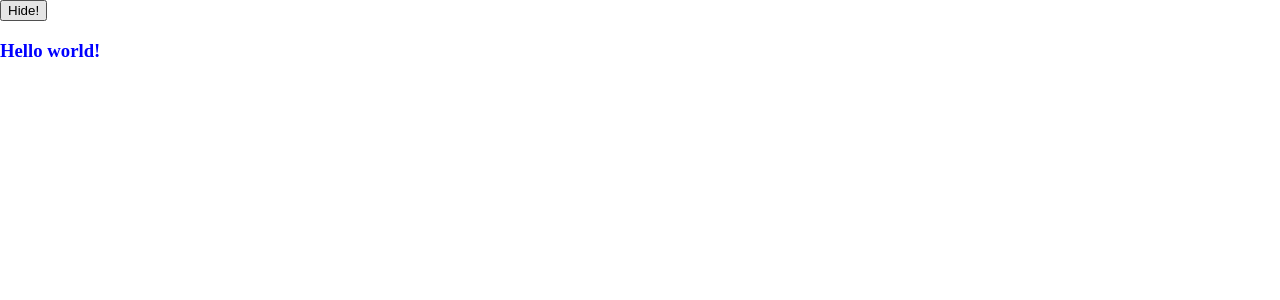
Repository: TutoringPlusCode/TutoringCode
Page: index.html
The author's editor kept a record of every edit. The page is drawn from the files as they stood at one moment, then again after the next edit.
The browser window is 1280 px wide. The pictures show the whole page.

Above is the page before.
Console error: SyntaxError: Unexpected token ')'

After the next edit:
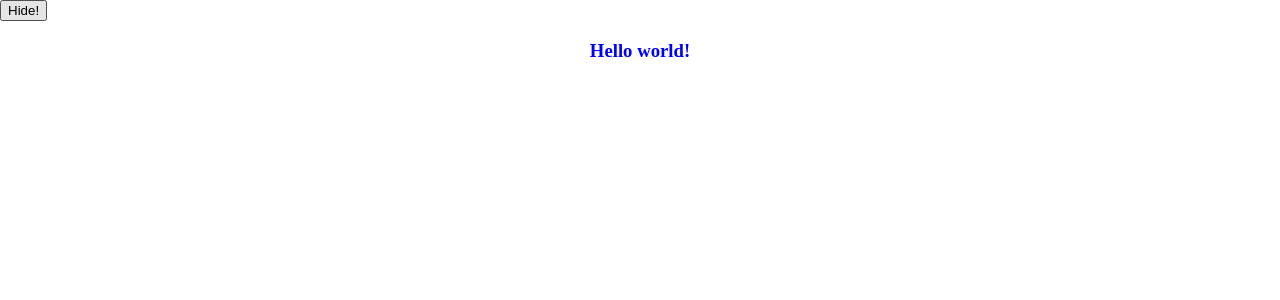
The edit:
--- a/styles/main.css
+++ b/styles/main.css
@@ -7,4 +7,13 @@
 
 h3 {
 	color: blue;
+	text-align: center;
 }
+
+.hidden {
+	display:none;
+}
+
+.yellow{
+	color:yellow;
+}
